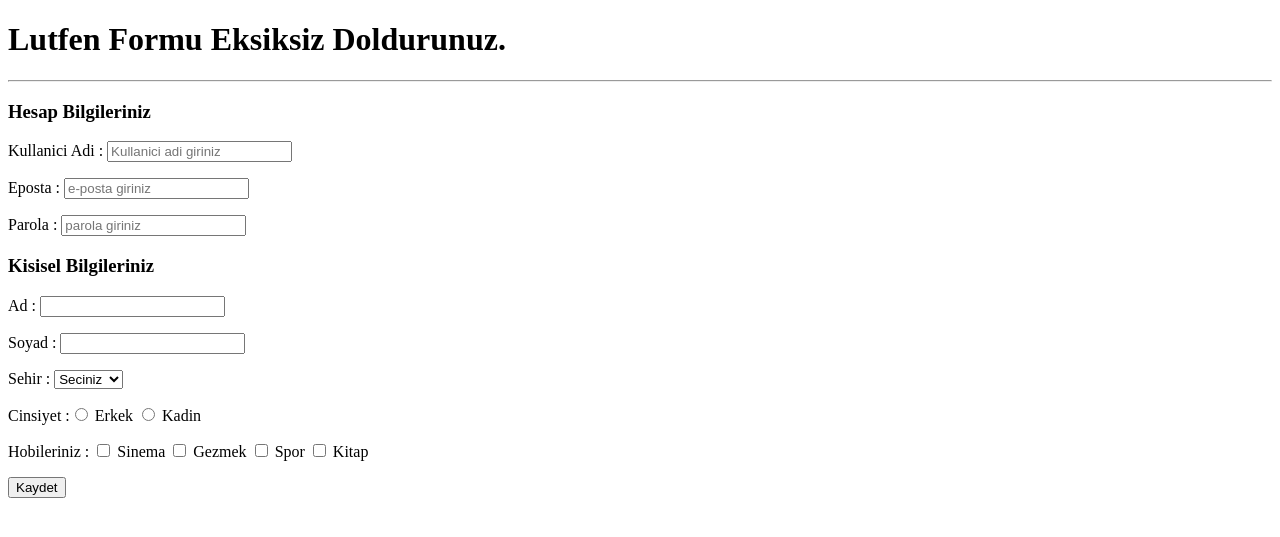
Repository: sammkrt/git101
Page: html-css-TrainingMyself/uygulama4.html
The author's editor kept a copy of each file at every save. The page is drawn from the files as they stood at one save, then again after the next save.
The browser window is 1280 px wide. The pictures show the whole page.

Above is the page before, as saved 2022-12-22 13:13:50.

### html-css-TrainingMyself/uygulama4.html
<!DOCTYPE html>
<html lang="en">
<head>
    <meta charset="UTF-8">
    <meta http-equiv="X-UA-Compatible" content="IE=edge">
    <meta name="viewport" content="width=device-width, initial-scale=1.0">
    <title>Document</title>
</head>
<body>
    <h1>Lutfen Formu Eksiksiz Doldurunuz.</h1>
    <hr>
    <h3>Hesap Bilgileriniz</h3>
    <form >
        <p>
            Kullanici Adi : <input type="text" placeholder="Kullanici adi giriniz" required>
        </p>
        <p>
            Eposta : <input type="email" placeholder="e-posta giriniz" required>
        </p>
        <p>
            Parola : <input type="password" placeholder="parola giriniz" required>
        </p>
        <h3>Kisisel Bilgileriniz</h3>
        <p>
            Ad : <input type="text">
        </p>
        <p>
            Soyad : <input type="text">
        </p>
        <p>
            Sehir : <select name="Sehir">
                <option>Seciniz</option>
                <option>Ankara</option>
                <option>Istanbul</option>
                <option>Izmir</option>
                <option>Adana</option>
            </select>
        </p>
        <p>
            Cinsiyet :<input type="radio" name="Cinsiyet">  Erkek
            <input type="radio" name="Cinsiyet"> Kadin
        </p>
        <p>
            Hobileriniz : <input type="checkbox"> Sinema
            <input type="checkbox"> Gezmek
            <input type="checkbox"> Spor
            <input type="checkbox"> Kitap
        </p>
        <p>
            <input type="submit" value="Kaydet">
        </p>




    </form>
</body>
</html>

After the next save:
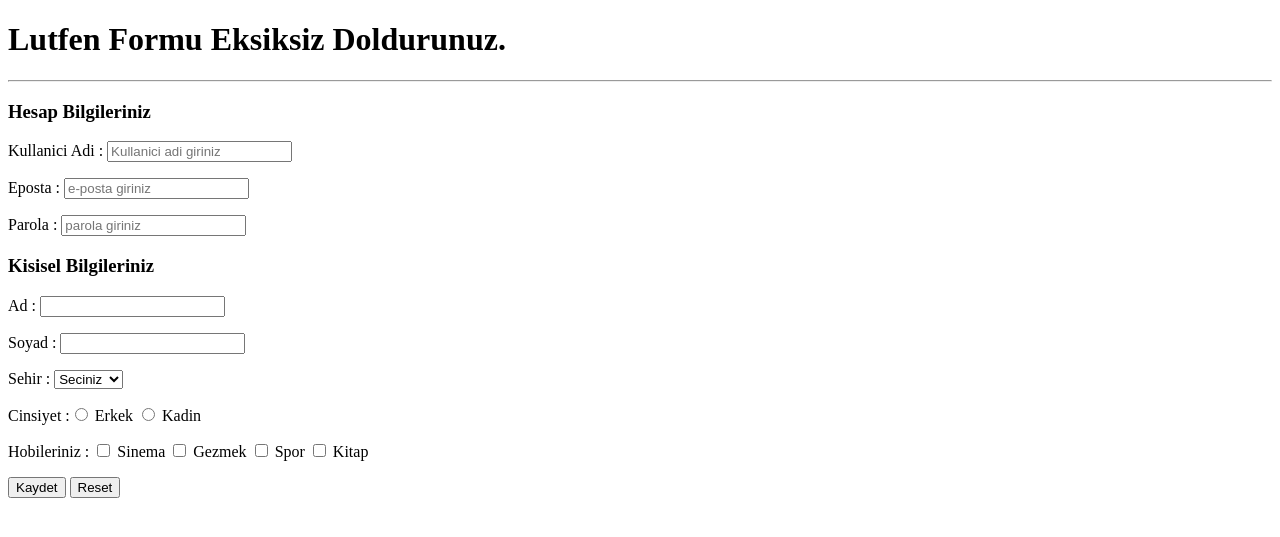
Saved 11 s later.
--- a/html-css-TrainingMyself/uygulama4.html
+++ b/html-css-TrainingMyself/uygulama4.html
@@ -48,6 +48,7 @@
         </p>
         <p>
             <input type="submit" value="Kaydet">
+            <input type="reset">
         </p>
 
 
